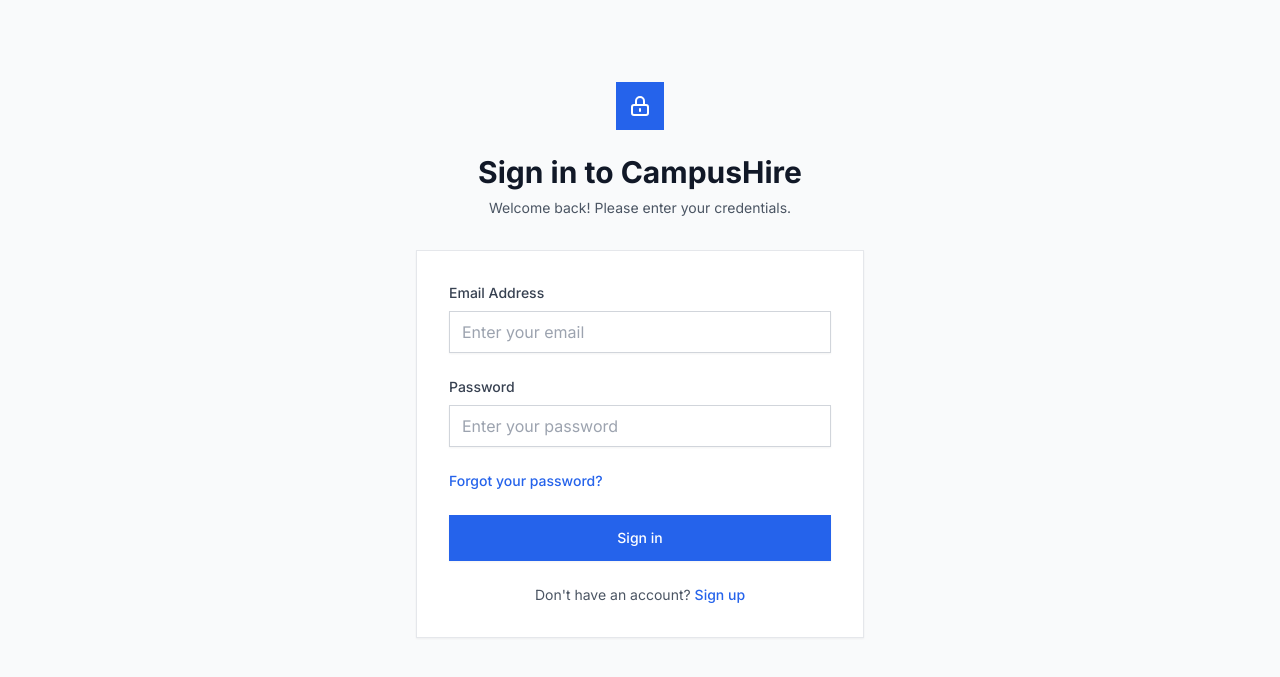
Repository: namandubey-0209/CampusHire
Page: /sign-in
An editor plug-in stored every save of this project. The page is shown before and after the next save, followed by the edit.
The browser window is 1280 px wide. The pictures show the whole page.
The project was rebuilt for these pictures with package versions that can differ from the ones it lists, and the page was loaded fresh each time. The framework's server and built-in components were replaced by stand-ins that run in the browser. Also part of the build but not shown: next.config.ts.

Above is the page before, as saved 2025-07-21 17:52:03.

### src/app/layout.tsx
import type { Metadata } from "next";
import { Inter, Geist, Geist_Mono } from "next/font/google";
import './globals.css'
import AuthProvider from "@/context/AuthProvider";

const inter = Inter({
  subsets: ["latin"],
  variable: "--font-inter",
  display: "swap", // Ensures consistency
});

const geistSans = Geist({
  variable: "--font-geist-sans",
  subsets: ["latin"],
  display: "swap", // Ensures consistency
});

const geistMono = Geist_Mono({
  variable: "--font-geist-mono",
  subsets: ["latin"],
  display: "swap", // Ensures consistency
});


export const metadata: Metadata = {
  title: "Create Next App",
  description: "Generated by create next app",
};

export default function RootLayout({
  children,
}: Readonly<{
  children: React.ReactNode;
}>) {
  return (
    <html lang="en" className={inter.variable}>
      <AuthProvider>
        <body
          className={`${inter.className} ${geistSans.variable} ${geistMono.variable} antialiased`}
        >
          {children}
        </body>
      </AuthProvider>
    </html>
  );
}

### src/app/(auth)/sign-in/page.tsx
'use client';

import { useState, useEffect } from 'react';
import { useRouter } from 'next/navigation';
import { signIn } from 'next-auth/react';
import axios from 'axios';
import Link from 'next/link';

export default function SignInPage() {
  const router = useRouter();

  const [email, setEmail] = useState('');
  const [password, setPassword] = useState('');

  const [error, setError] = useState('');
  const [loading, setLoading] = useState(false);

  const [otpSent, setOtpSent] = useState(false);
  const [canResend, setCanResend] = useState(false);
  const [timer, setTimer] = useState(120); // 2 minutes

  // 🕒 Countdown for resend
  useEffect(() => {
    if (otpSent && !canResend && timer > 0) {
      const interval = setInterval(() => {
        setTimer((prev) => prev - 1);
      }, 1000);
      return () => clearInterval(interval);
    } else if (timer <= 0) {
      setCanResend(true);
    }
  }, [otpSent, timer, canResend]);

  const handleSignIn = async (e: React.FormEvent) => {
    e.preventDefault();
    setError('');
    setLoading(true);

    const res = await signIn('credentials', {
      identifier: email,
      password,
      redirect: false,
    });

    if (res?.ok) {
      router.push('/dashboard');
    } else {
      setError('Invalid email or password');
    }

    setLoading(false);
  };

  const handleForgotPassword = async () => {
    if (!email) return setError('Please enter your email first.');

    try {
      setError('');
      const res = await axios.post('/api/send-otp', { email });

      if (res.data.success) {
        setOtpSent(true);
        setTimer(120); // 2 min timer
        setCanResend(false);
        router.push(`/verify-otp?email=${encodeURIComponent(email)}`);
      } else {
        setError(res.data.message || 'Failed to send OTP');
      }
    } catch (err: any) {
      setError(err.response?.data?.message || 'Error sending OTP');
    }
  };

  const handleResendOTP = async () => {
    try {
      const res = await axios.post('/api/resend-otp', { email });

      if (res.data.success) {
        setError('');
        setTimer(120);
        setCanResend(false);
        setOtpSent(true);
        router.push(`/verify-otp?email=${encodeURIComponent(email)}`);
      } else {
        setError(res.data.message || 'Failed to resend OTP');
      }
    } catch (err: any) {
      setError(err.response?.data?.message || 'Error resending OTP');
    }
  };

  return (
  <div className="min-h-screen bg-gray-50 flex items-center justify-center py-12 px-4 sm:px-6 lg:px-8">
    <div className="max-w-md w-full space-y-8">
      <div>
        <div className="mx-auto h-12 w-12 bg-blue-600 rounded-lg flex items-center justify-center">
          <svg className="h-6 w-6 text-white" fill="none" stroke="currentColor" viewBox="0 0 24 24">
            <path strokeLinecap="round" strokeLinejoin="round" strokeWidth={2} d="M12 15v2m-6 4h12a2 2 0 002-2v-6a2 2 0 00-2-2H6a2 2 0 00-2 2v6a2 2 0 002 2zm10-10V7a4 4 0 00-8 0v4h8z" />
          </svg>
        </div>
        <h2 className="mt-6 text-center text-3xl font-bold text-gray-900">
          Sign in to CampusHire
        </h2>
        <p className="mt-2 text-center text-sm text-gray-600">
          Welcome back! Please enter your credentials.
        </p>
      </div>

      <div className="bg-white rounded-lg shadow-sm border border-gray-200 p-8">
        <form className="space-y-6" onSubmit={handleSignIn}>
          {error && (
            <div className="bg-red-50 border border-red-200 rounded-lg p-4">
              <div className="flex">
                <div className="flex-shrink-0">
                  <svg className="h-5 w-5 text-red-400" fill="none" stroke="currentColor" viewBox="0 0 24 24">
                    <path strokeLinecap="round" strokeLinejoin="round" strokeWidth={2} d="M12 9v2m0 4h.01m-6.938 4h13.856c1.54 0 2.502-1.667 1.732-2.5L13.732 4c-.77-.833-1.964-.833-2.732 0L3.732 16c-.77.833.192 2.5 1.732 2.5z" />
                  </svg>
                </div>
                <div className="ml-3">
                  <p className="text-sm text-red-800">{error}</p>
                </div>
              </div>
            </div>
          )}

          <div>
            <label htmlFor="email" className="block text-sm font-medium text-gray-700 mb-2">
              Email Address
            </label>
            <input
              id="email"
              name="email"
              type="email"
              autoComplete="email"
              required
              value={email}
              onChange={(e) => setEmail(e.target.value)}
              className="w-full px-3 py-2 border border-gray-300 rounded-lg shadow-sm placeholder-gray-400 focus:outline-none focus:ring-2 focus:ring-blue-500 focus:border-blue-500 transition-colors"
              placeholder="Enter your email"
            />
          </div>

          <div>
            <label htmlFor="password" className="block text-sm font-medium text-gray-700 mb-2">
              Password
            </label>
            <input
              id="password"
              name="password"
              type="password"
              autoComplete="current-password"
              required
              value={password}
              onChange={(e) => setPassword(e.target.value)}
              className="w-full px-3 py-2 border border-gray-300 rounded-lg shadow-sm placeholder-gray-400 focus:outline-none focus:ring-2 focus:ring-blue-500 focus:border-blue-500 transition-colors"
              placeholder="Enter your password"
            />
          </div>

          <div className="flex items-center justify-between">
            <button
              type="button"
              onClick={handleForgotPassword}
              className="text-sm text-blue-600 hover:text-blue-500 font-medium"
            >
              Forgot your password?
            </button>
          </div>

          <div>
            <button
              type="submit"
              disabled={loading}
              className="w-full flex justify-center py-3 px-4 border border-transparent rounded-lg shadow-sm text-sm font-medium text-white bg-blue-600 hover:bg-blue-700 focus:outline-none focus:ring-2 focus:ring-offset-2 focus:ring-blue-500 disabled:opacity-50 disabled:cursor-not-allowed transition-colors"
            >
              {loading ? (
                <div className="flex items-center">
                  <svg className="animate-spin -ml-1 mr-2 h-4 w-4 text-white" fill="none" viewBox="0 0 24 24">
                    <circle className="opacity-25" cx="12" cy="12" r="10" stroke="currentColor" strokeWidth="4" />
                    <path className="opacity-75" fill="currentColor" d="M4 12a8 8 0 018-8V0C5.373 0 0 5.373 0 12h4zm2 5.291A7.962 7.962 0 014 12H0c0 3.042 1.135 5.824 3 7.938l3-2.647z" />
                  </svg>
                  Signing in...
                </div>
              ) : (
                'Sign in'
              )}
            </button>
          </div>

          {otpSent && !canResend && (
            <div className="bg-yellow-50 border border-yellow-200 rounded-lg p-4">
              <div className="text-sm text-yellow-800">
                OTP sent! Wait {timer} seconds to resend.
              </div>
            </div>
          )}

          {otpSent && canResend && (
            <div className="text-center">
              <button
                type="button"
                onClick={handleResendOTP}
                className="text-sm text-blue-600 hover:text-blue-500 font-medium"
              >
                Resend OTP
              </button>
            </div>
          )}
        </form>

        <div className="mt-6 text-center">
          <p className="text-sm text-gray-600">
            Don't have an account?{' '}
            <Link href="/o-sign-up" className="font-medium text-blue-600 hover:text-blue-500">
              Sign up
            </Link>
          </p>
        </div>
      </div>
    </div>
  </div>
);

}

### src/app/globals.css
@tailwind base;
@tailwind components;
@tailwind utilities;

:root {
  --background: #ffffff;
  --foreground: #171717;
}

@media (prefers-color-scheme: dark) {
  :root {
    --background: #0a0a0a;
    --foreground: #ededed;
  }
}

body {
  background-color: var(--background);
  color: var(--foreground);
  font-family: system-ui, sans-serif;
  min-height: 100vh;
}

Loaded but not shown: src/context/AuthProvider.tsx (common file); tailwind.config.ts (common file)

After the next save:
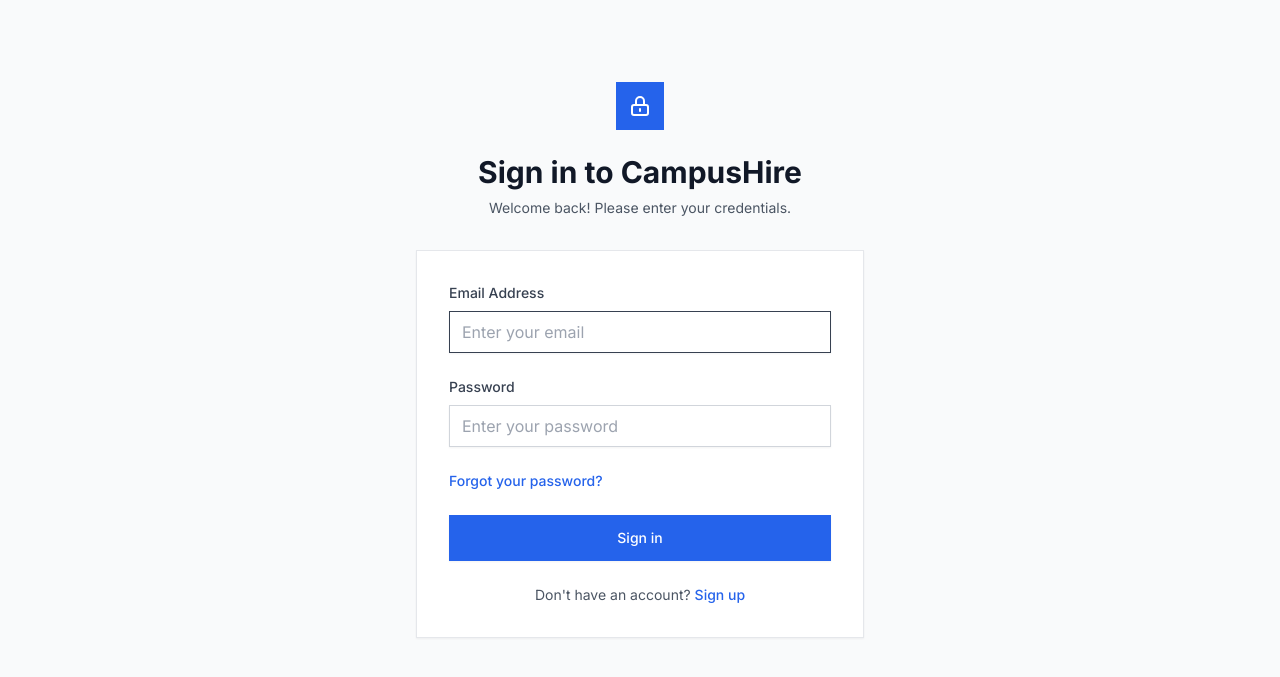
Saved 20 s later.
--- a/src/app/(auth)/sign-in/page.tsx
+++ b/src/app/(auth)/sign-in/page.tsx
@@ -135,7 +135,7 @@
               required
               value={email}
               onChange={(e) => setEmail(e.target.value)}
-              className="w-full px-3 py-2 border border-gray-300 rounded-lg shadow-sm placeholder-gray-400 focus:outline-none focus:ring-2 focus:ring-blue-500 focus:border-blue-500 transition-colors"
+              className="w-full px-3 py-2 border border-gray-700 rounded-lg shadow-sm placeholder-gray-400 focus:outline-none focus:ring-2 focus:ring-blue-500 focus:border-blue-500 transition-colors"
               placeholder="Enter your email"
             />
           </div>

After the save that followed:
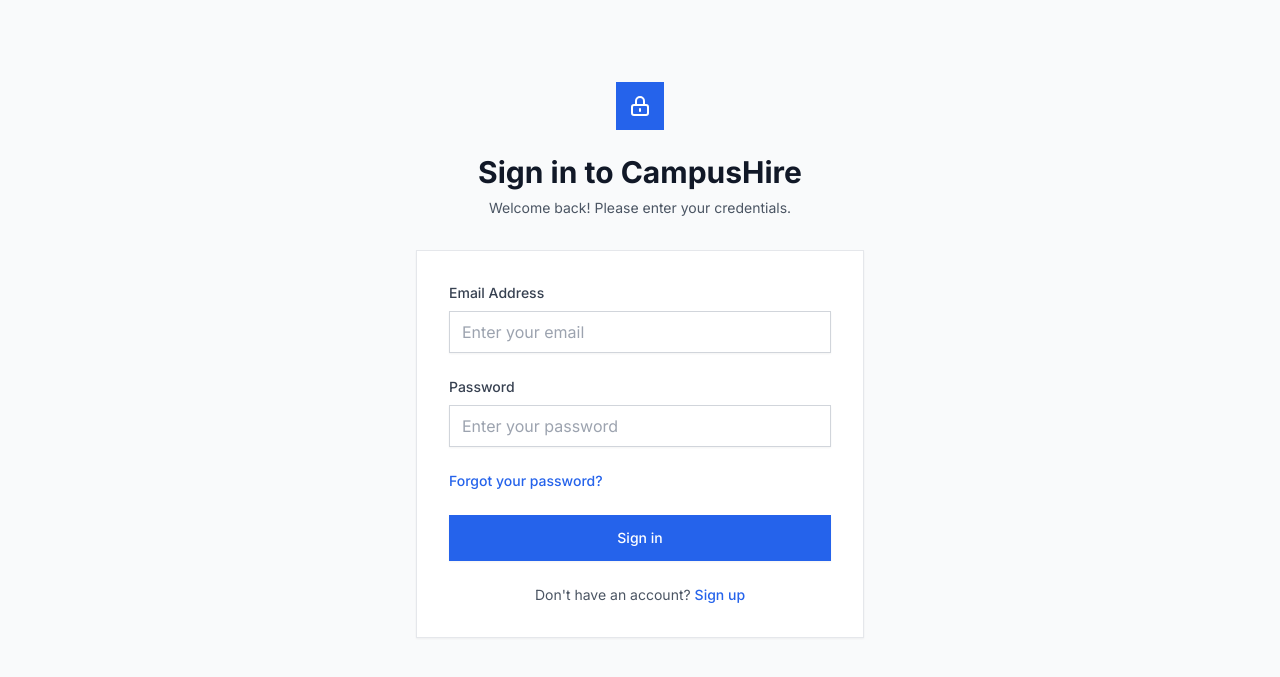
Saved 9 s later.
--- a/src/app/(auth)/sign-in/page.tsx
+++ b/src/app/(auth)/sign-in/page.tsx
@@ -135,7 +135,7 @@
               required
               value={email}
               onChange={(e) => setEmail(e.target.value)}
-              className="w-full px-3 py-2 border border-gray-700 rounded-lg shadow-sm placeholder-gray-400 focus:outline-none focus:ring-2 focus:ring-blue-500 focus:border-blue-500 transition-colors"
+              className="w-full px-3 py-2 border border-gray-300 rounded-lg shadow-sm placeholder-gray-400 focus:outline-none focus:ring-2 focus:ring-blue-500 focus:border-blue-500 transition-colors"
               placeholder="Enter your email"
             />
           </div>
